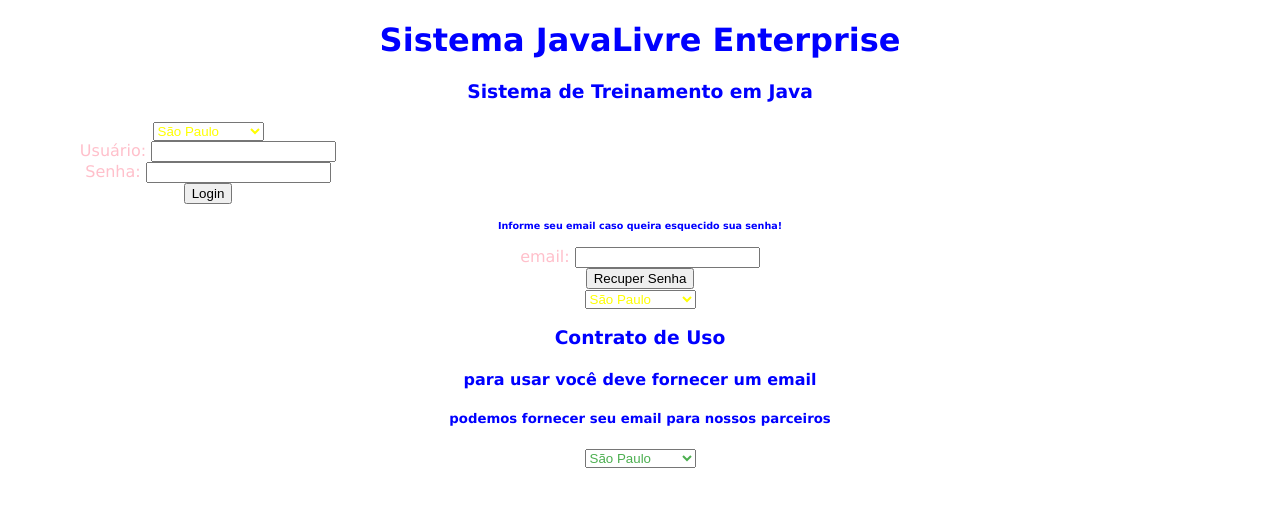
Repository: marciojv/treina-java
Page: workspace/JavaLivre/src/html/login.html
These files come from the project's save history. The page is drawn as it stood at one moment and after the next save; the edit follows.
The browser window is 1280 px wide. The pictures show the whole page.

Above is the page before, as saved 2017-06-10 17:35:58.

After the next save:
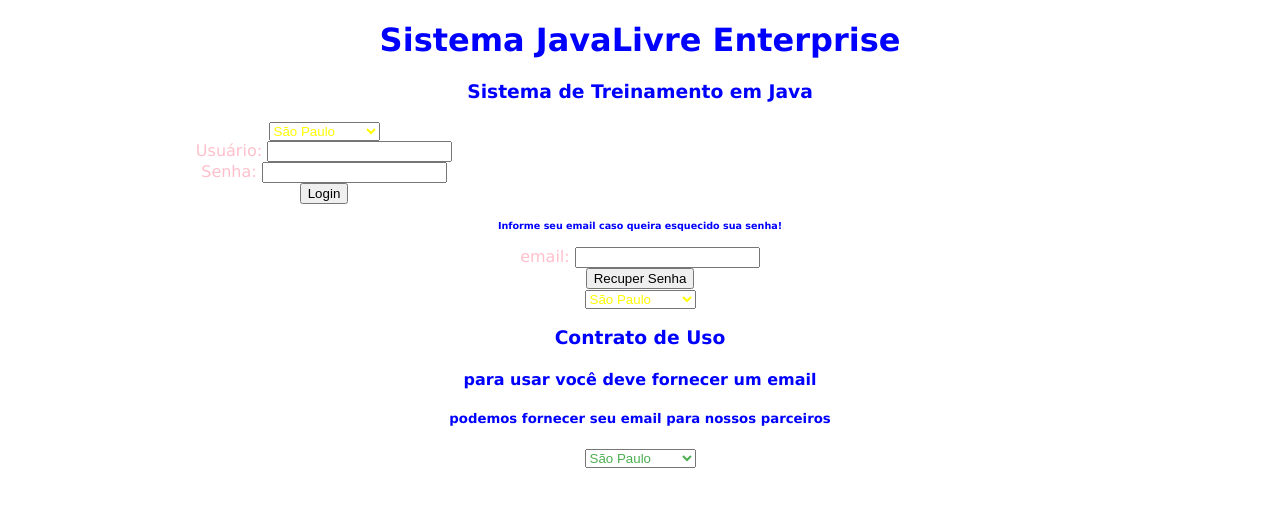
Saved 60 s later.
--- a/workspace/JavaLivre/src/html/css/javalivre.css
+++ b/workspace/JavaLivre/src/html/css/javalivre.css
@@ -16,7 +16,8 @@ div form select {
 
 #divlogin {
 
-	width:400px;
+	width:50%;
+
 
 }
 
